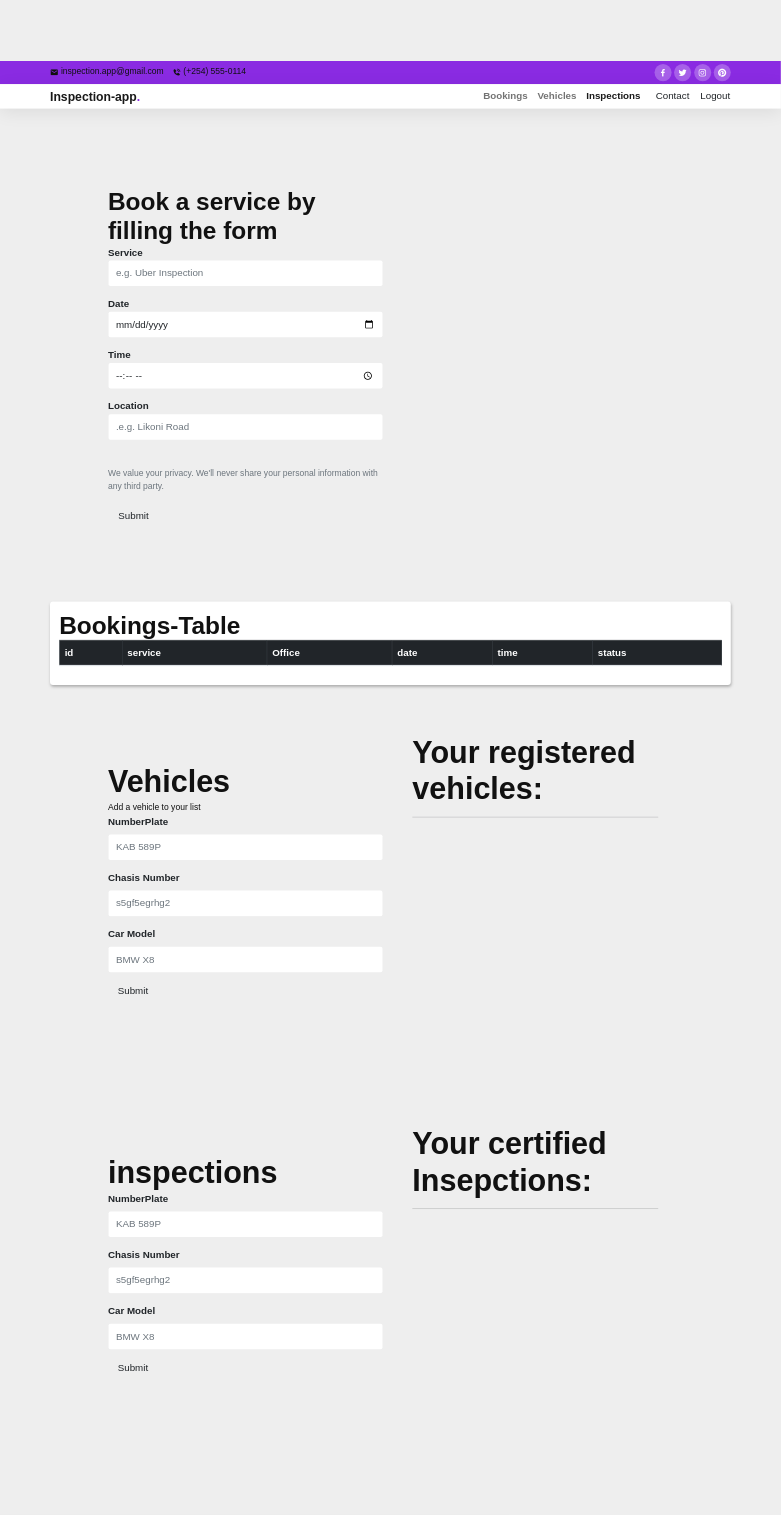
Repository: Jaynie8085/INSPECTION-APP
Page: client/admnDashboard.html
These files come from the project's save history. The page is drawn as it stood at one moment and after the next save; the edit follows.
The browser window is 1280 px wide. The pictures show the whole page, at 61% of full size.
The page's requests for data from a server got no answer. Some web libraries are served in a nearby version.

Above is the page before, as saved 2022-10-17 05:05:34.
Console error: ReferenceError: fetchBookings is not defined

After the next save:
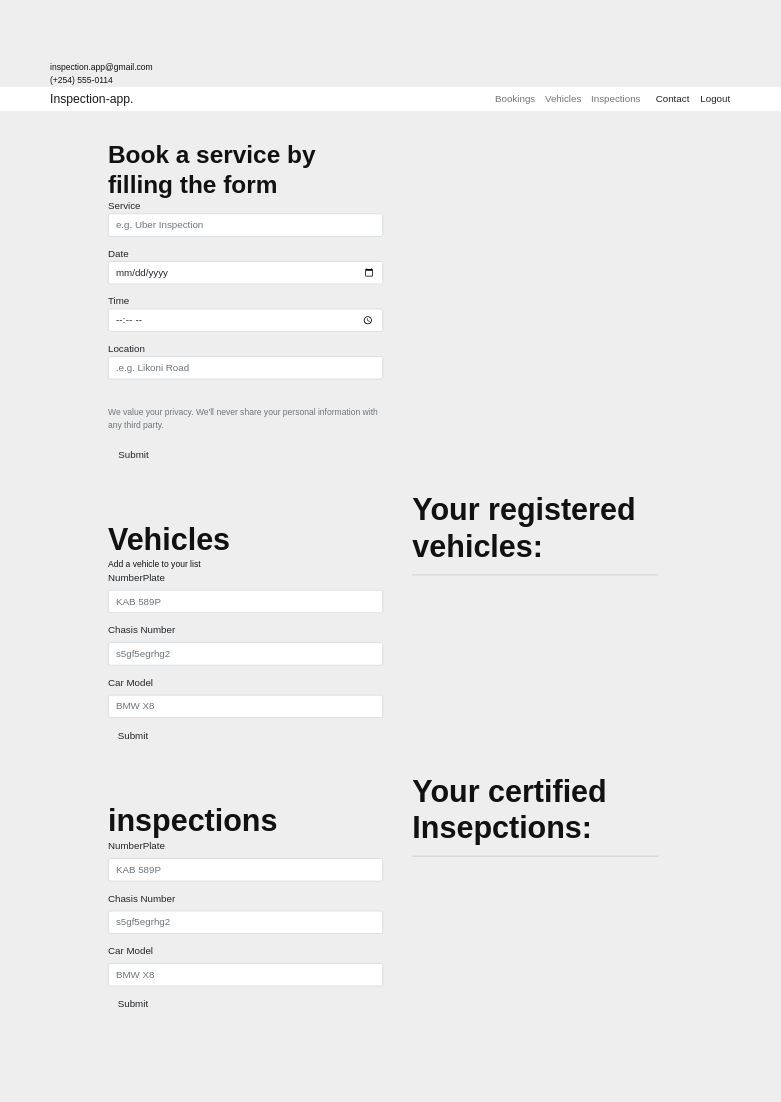
The error is gone.
Saved 42 min 35 s later.
--- a/client/admnDashboard.html
+++ b/client/admnDashboard.html
@@ -3,16 +3,21 @@
 <head>
     <meta charset="UTF-8">
     <meta http-equiv="X-UA-Compatible" content="IE=edge">
-    <meta name="viewport" content="width=device-width, initial-scale=1.0"><script src="/js/axios/dist/axios.min.js"></script> <script src="main.js"></script>
+    <meta name="viewport" content="width=device-width, initial-scale=1.0"><script src="/js/axios/dist/axios.min.js"></script>
+    <!-- <script src="main.js"></script>   -->
         <!-- Bootstrap CSS -->
     <link rel="stylesheet" href="css/bootstrap.min.css">
     <link rel="stylesheet" href="css/owl.carousel.min.css">
     <link rel="stylesheet" href="css/owl.theme.default.min.css">
-    <link href='https://unpkg.com/boxicons@2.1.1/css/boxicons.min.css' rel='stylesheet'>
+    <!-- <link href='https://unpkg.com/boxicons@2.1.1/css/boxicons.min.css' rel='stylesheet'> -->
     <link rel="stylesheet" href="https://stackpath.bootstrapcdn.com/bootstrap/4.1.3/css/bootstrap.min.css" integrity="sha384-MCw98/SFnGE8fJT3GXwEOngsV7Zt27NXFoaoApmYm81iuXoPkFOJwJ8ERdknLPMO"
     crossorigin="anonymous">
-    <link rel="stylesheet" href="css/style.css">
+        <link href="assets/images/favicon.png" rel="icon">
+    <link href="assets/images/favicon.png" rel="apple-touch-icon">
+    <!-- Google Fonts -->
     <link href="https://fonts.googleapis.com/css2?family=Poppins:wght@300;400;500;600&display=swap" rel="stylesheet">
+    <!-- ========================================================= -->
+
 
     <link rel="stylesheet" href="assets/css/bootstrap.min.css">
     <link rel="stylesheet" href="assets/css/datatables.min.css">
@@ -107,31 +112,7 @@
 
     </section>
 
-    <div class="container">
-                        <div class="row">
-                            <div class="col-12">
-                                <div class="data_table">
-                                    <table id="bookings-list" class="table table-striped table-bordered">
-                                        <thead class="table-dark">
-                                            <h2>Bookings-Table</h2>
-                                            <tr>
-                                                <th>id</th>
-                                                <th>service</th>
-                                                <th>Office</th>
-                                                <th>date</th>
-                                                <th>time</th>
-                                                <th>status</th>
-                                            </tr>
-                                        </thead>
-                                        <tbody>
-
-                                        </tbody>
-                                    </table>
-                                </div>
-                            </div>
-                        </div>
-                    </div>
-        <!-- dataTable End -->
+
 
                 </div>
 
@@ -331,22 +312,7 @@
         </div>
     </div>
     <!-- dataTable -->
-    <script src="assets/js/bootstrap.bundle.min.js"></script>
-    <script src="assets/js/jquery-3.6.0.min.js"></script>
-    <script src="assets/js/datatables.min.js"></script>
-    <script src="assets/js/pdfmake.min.js"></script>
-    <script src="assets/js/vfs_fonts.js"></script>
-    <script src="assets/js/custom.js"></script>
-    <!-- DataTable -->
-    <!-- End -->
-    <script src="js/jquery.min.js"></script>
-    <script src="js/bootstrap.bundle.min.js"></script>
-    <script src="js/owl.carousel.min.js"></script>
-
-    <script src="https://code.jquery.com/jquery-3.5.1.js"></script>
-    <script src="https://cdn.datatables.net/1.12.1/js/jquery.dataTables.min.js"></script>
-    <script src="js/app.js"></script>
-    <script src="index.js"></script>
+
 
 
 </body>
